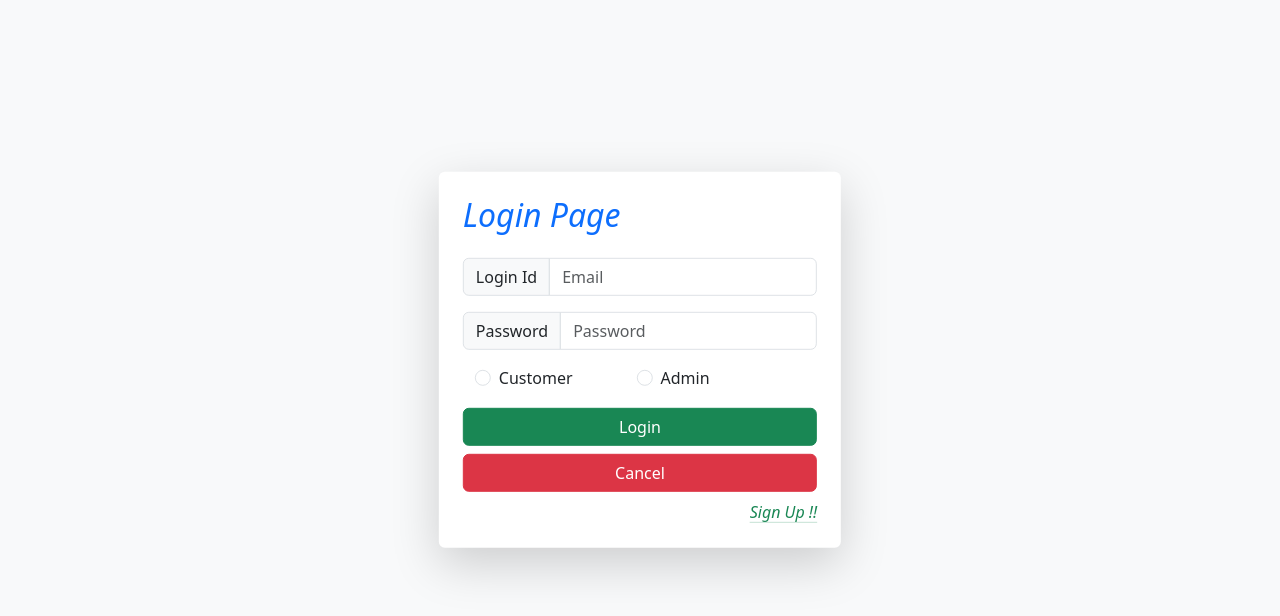
Repository: Niket-mishra/Dummy
Page: http://localhost/Mini-Project/Login.jsp
An editor plug-in stored every save of this project. The page is shown before and after the next save, followed by the edit.
The browser window is 1280 px wide. The pictures show the whole page.
The page is served by Tomcat 10.

Above is the page before, as saved 2024-05-07 17:07:20.

After the next save:
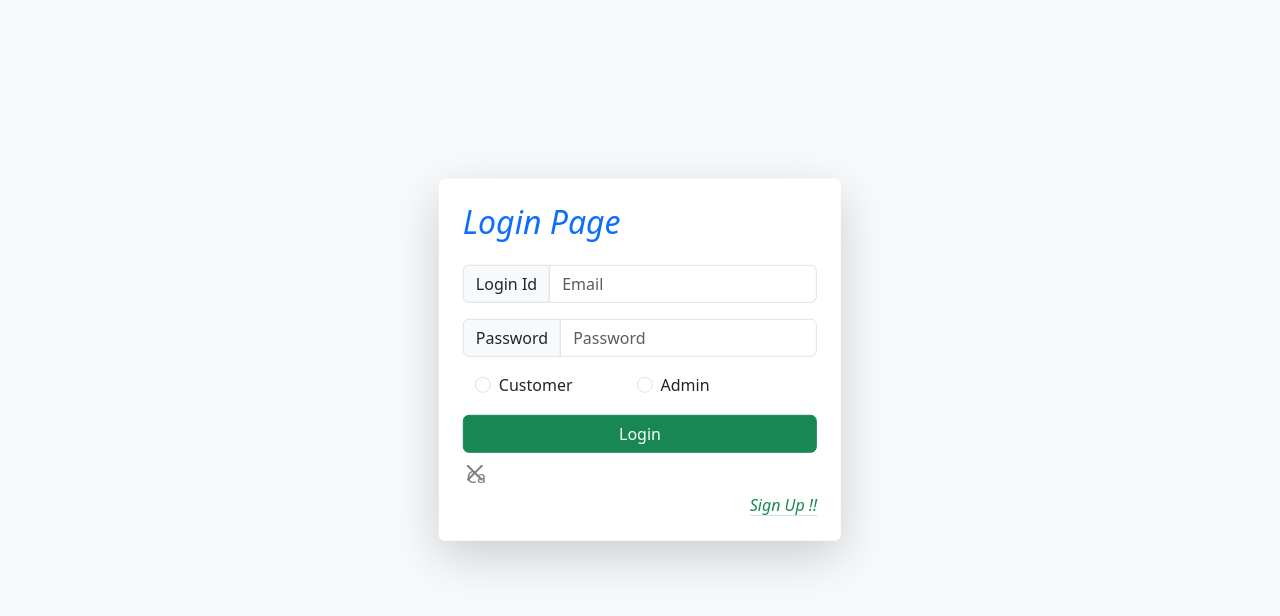
Saved 2 min 34 s later.
--- a/Mini-Project/src/main/webapp/Login.jsp
+++ b/Mini-Project/src/main/webapp/Login.jsp
@@ -35,7 +35,7 @@
 
 <div class="vstack gap-2 col-md-12 mx-auto">
 <input type ="submit" value ="Login" class="btn btn-success">
-<input type ="reset" value ="Cancel" class = "btn btn-danger">
+<input type ="reset" value ="Cancel" class = "btn btn-danger btn-close">
 <a href="NewCustomer.jsp" class = "fst-italic align-bottom d-flex justify-content-end link-success link-offset-2 link-underline-opacity-25 link-underline-opacity-100-hover">Sign Up !!</a>
 </div>
 

After the save that followed:
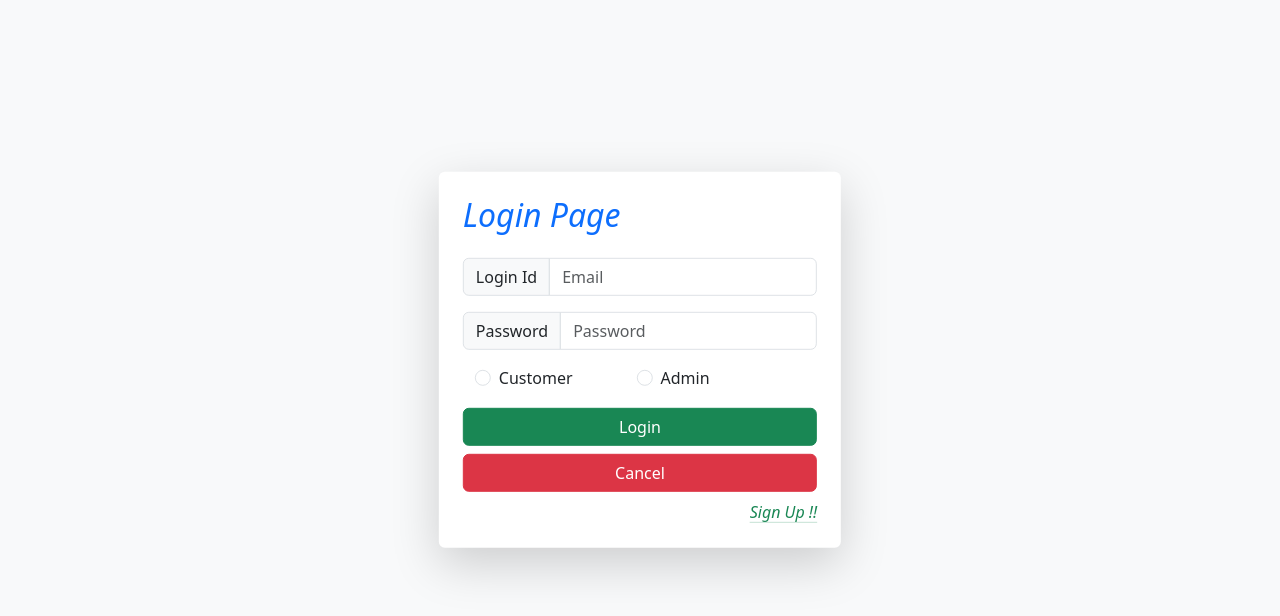
Saved 24 s later.
--- a/Mini-Project/src/main/webapp/Login.jsp
+++ b/Mini-Project/src/main/webapp/Login.jsp
@@ -35,7 +35,7 @@
 
 <div class="vstack gap-2 col-md-12 mx-auto">
 <input type ="submit" value ="Login" class="btn btn-success">
-<input type ="reset" value ="Cancel" class = "btn btn-danger btn-close">
+<input type ="reset" value ="Cancel" class = "btn btn-danger">
 <a href="NewCustomer.jsp" class = "fst-italic align-bottom d-flex justify-content-end link-success link-offset-2 link-underline-opacity-25 link-underline-opacity-100-hover">Sign Up !!</a>
 </div>
 
